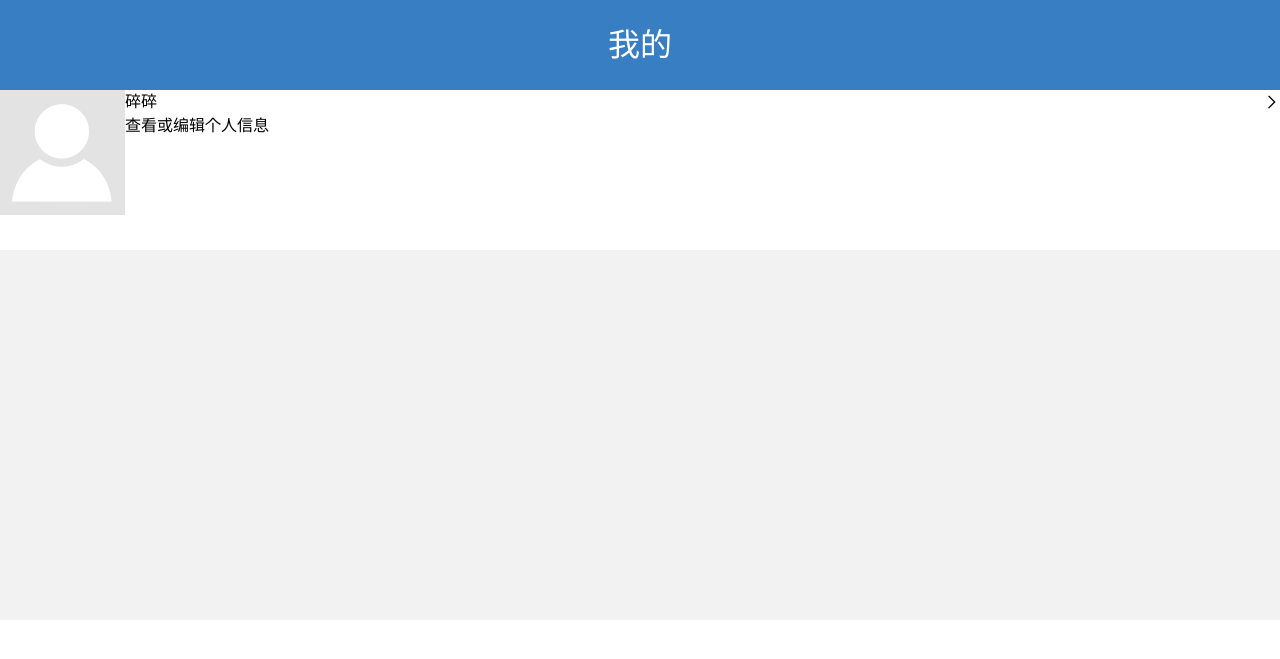
Repository: A1LExX/H5_study_set
Page: myProfile/index.html
An editor plug-in stored every save of this project. The page is shown before and after the next save, followed by the edit.
The browser window is 1280 px wide. The pictures show the whole page.

Above is the page before, as saved 2021-07-12 20:11:56.

After the next save:
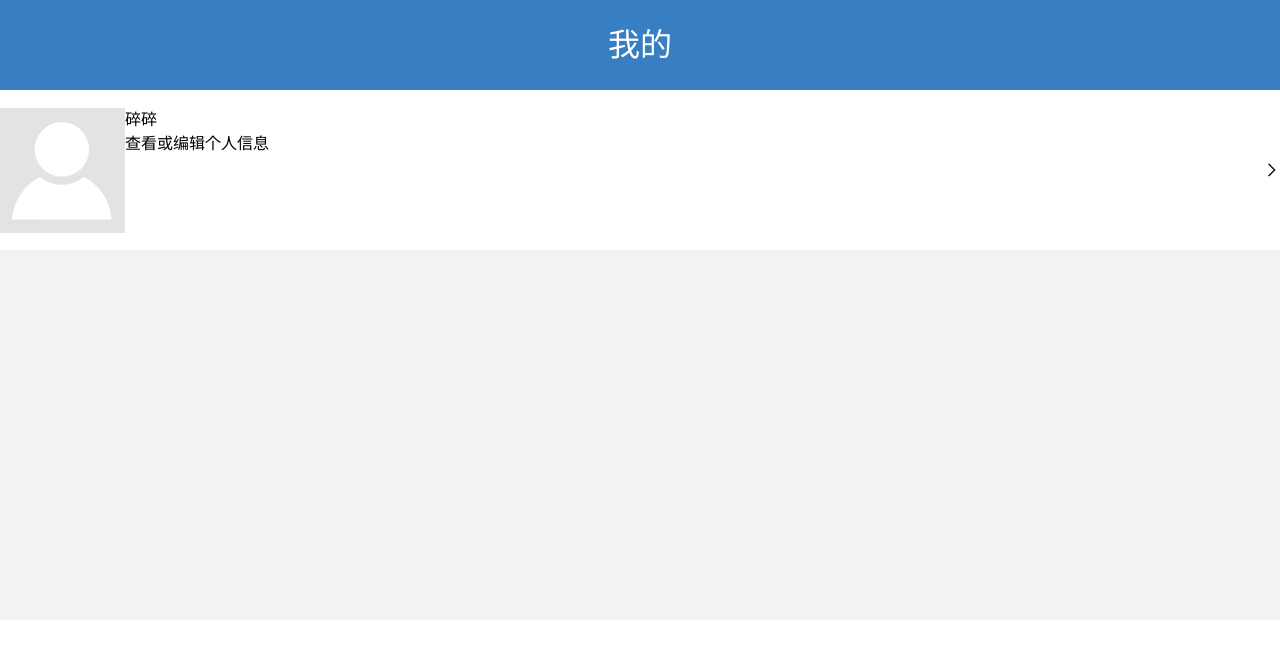
Saved 34 s later.
--- a/myProfile/css/index.css
+++ b/myProfile/css/index.css
@@ -2,7 +2,7 @@
  * @author [Alex Wei]
  * @email [w2262196@outlook.com]
  * @create date 2021-07-12 19:23:21
- * @modify date 2021-07-12 20:11:56
+ * @modify date 2021-07-12 20:12:30
  * @desc [description]
  */
 html, body{
@@ -43,6 +43,7 @@ body{
 .proFile{
     display: flex;
     justify-content: space-between;
+    align-items: center;
     background: white;
     height: 1.6rem;
 }
